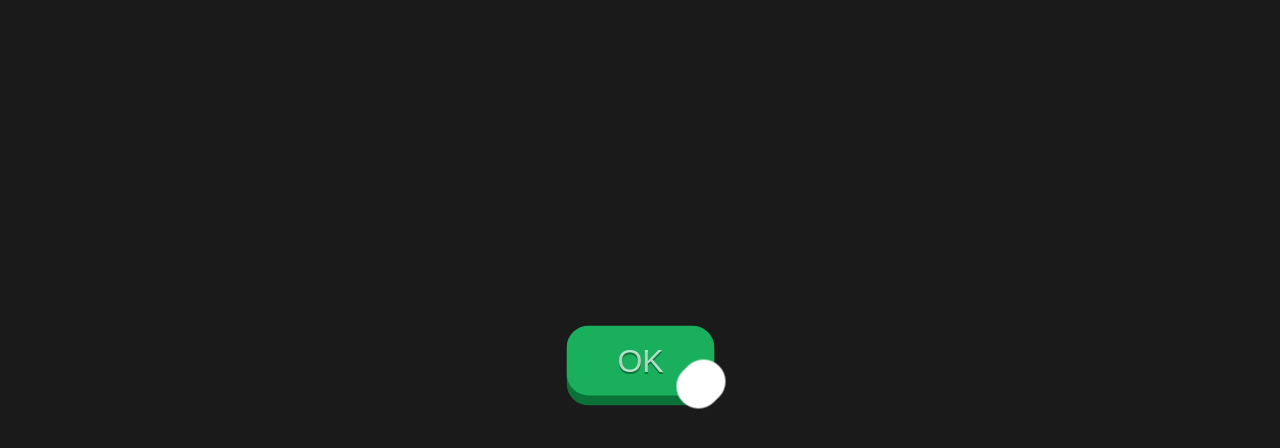
Repository: Folody-Team/Bubble-Button
Page: index.html
An editor plug-in stored every save of this project. The page is shown before and after the next save, followed by the edit.
The browser window is 1280 px wide. The pictures show the whole page.

Above is the page before, as saved 2022-01-18 10:42:29.

### index.html
<!DOCTYPE html>
<html lang="en">
<head>
    <meta charset="UTF-8">
    <meta http-equiv="X-UA-Compatible" content="IE=edge">
    <meta name="viewport" content="width=device-width, initial-scale=1.0">
    <title>Hover button effect</title>
    <link rel="stylesheet" href="style.css">
</head>
<body>
    <figure class="circle">
        <div class="mask-b"><span class="ok-btn">OK</span>
          <div class="cursor"></div>
        </div>
    </figure>
</body>
</html>

### style.css
/* images sprites
*/
.circle {
  cursor: pointer;
  width: 215px;
  height: 215px;
  position: absolute;
  background: #1a1a1a;
  top: 50%;
  left: 50%;
  -webkit-user-select: none;
  -moz-user-select: none;
  -ms-user-select: none;
  user-select: none;
  transform: translate(-50%, -50%);
}

.mask-a,
.mask-b {
  border-radius: 100%;
  position: relative;
  width: 100%;
  height: 100%;
}

.mask-a {
  background: #1b2d41;
  overflow: hidden;
  -webkit-mask-position: 0 0;
  -webkit-mask-size: 215px 215px;
  z-index: 10;
}

.mask-b {
  background: #1a1a1a;
}

/*=====================================================================================
      OK
  =======================================================================================
  */
.cursor,
.cursor::before {
  background: #fff;
  border-radius: 50%;
  position: absolute;
  width: 44px;
  height: 44px;
}

.cursor {
  background-position: 0px -31px;
  top: 7em;
  left: 9em;
  will-change: transform;
  transform: translate3d(0, 0, 0);
  transition: transform 550ms ease;
}
.cursor::before {
  background-position: -43px -30px;
  content: "";
  top: -0.3em;
  left: 0.3em;
  will-change: transform;
  transform: translateX(0px) translateZ(0px);
  transition: transform 550ms ease;
}

.ok-btn {
  background: #1aaf5d;
  border-radius: 0.7em;
  box-shadow: 0 10px 0 #0a7237;
  color: rgba(255, 255, 255, 0.679);
  font-size: 2em;
  font-weight: 500;
  text-shadow: 0 2px 0 #0a7237;
  text-align: center;
  position: absolute;
  top: 50%;
  left: 50%;
  width: 148px;
  height: 70px;
  margin-left: -74px;
  margin-top: -35px;
  will-change: transform;
  transform: translateY(0px) translateZ(0px);
  line-height: 70px;
  transition: all 550ms ease;
}

.circle:hover > .mask-b > .ok-btn {
  background: #179951;
  box-shadow: 0 0 0 1px #064320, inset 0 1px 0 0 #0a7237;
  transform: translateY(5px) translateZ(0px);
  transition: all 450ms 100ms cubic-bezier(0.68, -0.55, 0.265, 1.65);
}
.circle:hover > .mask-b > .cursor {
  transform: translate3d(-0.3em, 0.5em, 0);
  transition: transform 450ms cubic-bezier(0.68, -0.55, 0.265, 1.65);
}
.circle:hover > .mask-b > .cursor::before {
  transform: translateX(-4px) translateZ(0px);
  transition: transform 450ms cubic-bezier(0.68, -0.55, 0.265, 1.65);
}

* {
  margin: 0;
  padding: 0;
  box-sizing: border-box;
}

html,
body {
  height: 100%;
  overflow-x: hidden;
}

body {
  background: #1a1a1a;
  font-family: "Fira Sans", sans-serif;
}

figure {
  margin: 0;
}

After the next save:
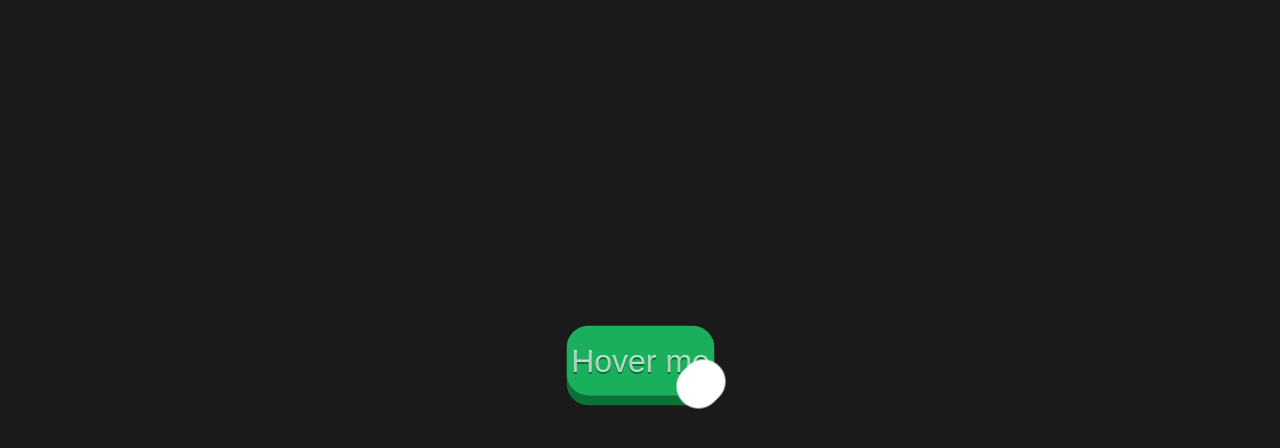
Saved 27 s later.
--- a/index.html
+++ b/index.html
@@ -9,7 +9,7 @@
 </head>
 <body>
     <figure class="circle">
-        <div class="mask-b"><span class="ok-btn">OK</span>
+        <div class="mask-b"><span class="ok-btn">Hover me</span>
           <div class="cursor"></div>
         </div>
     </figure>
